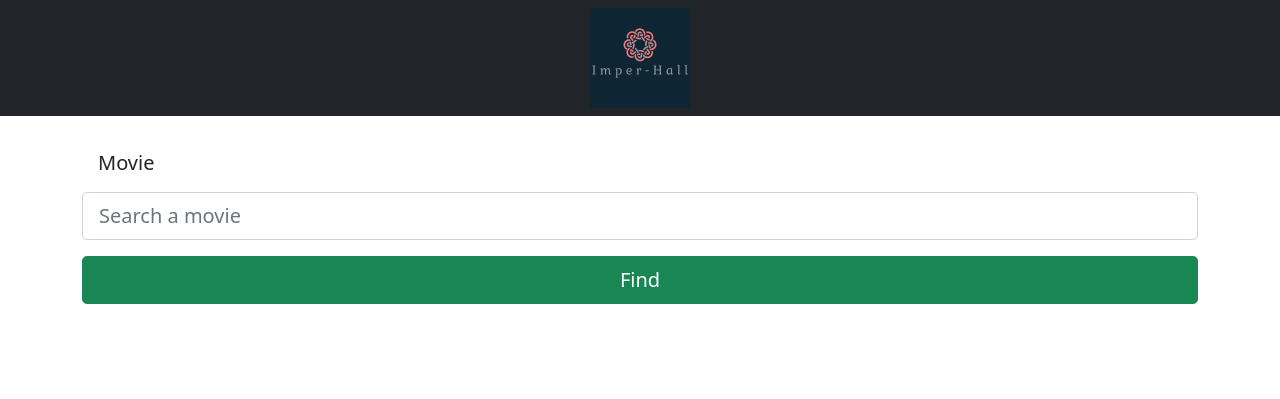
Repository: Suporl9/Imper-Hall-movie-finder
Page: index.html
These files come from the project's save history. The page is drawn as it stood at one moment and after the next save; the edit follows.
The browser window is 1280 px wide. The pictures show the whole page.

Above is the page before, as saved 2021-11-28 21:03:35.

After the next save:
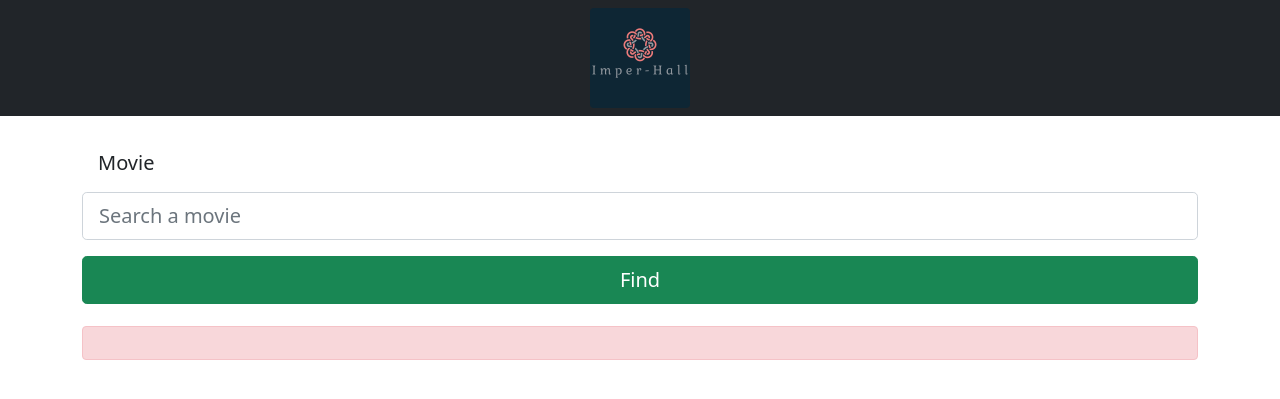
Saved 2 min 8 s later.
--- a/index.html
+++ b/index.html
@@ -44,7 +44,7 @@
           id="dangerdiv"
         ></div>
         <div
-          class="form-group mt-3"
+          class="alert alert-danger"
           style="margin-bottom: 2%"
           id="alertDangerDiv"
         ></div>

After the save that followed:
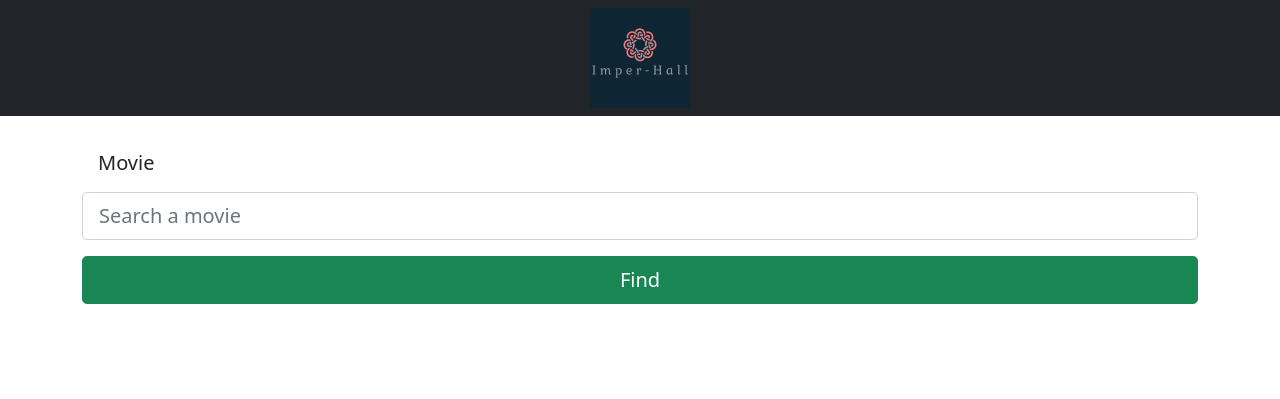
Saved 14 s later.
--- a/index.html
+++ b/index.html
@@ -43,11 +43,7 @@
           style="margin-bottom: 2%"
           id="dangerdiv"
         ></div>
-        <div
-          class="alert alert-danger"
-          style="margin-bottom: 2%"
-          id="alertDangerDiv"
-        ></div>
+        <div style="margin-bottom: 2%" id="alertDangerDiv"></div>
       </form>
       <div class="results"></div>
     </div>
